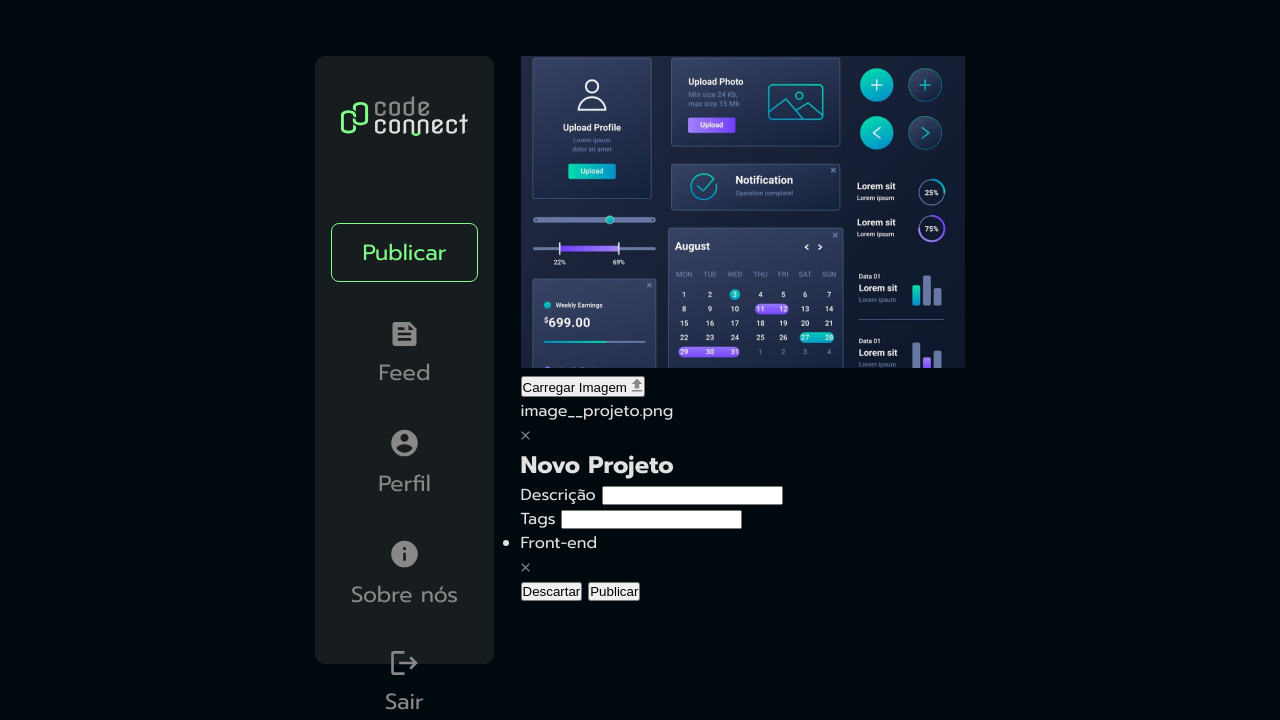
Repository: joaoPraiaJunior/async_await
Page: index.html
An editor plug-in stored every save of this project. The page is shown before and after the next save, followed by the edit.
The browser window is 1280 px wide. The pictures show the whole page.

Above is the page before, as saved 2024-08-24 19:07:43.

After the next save:
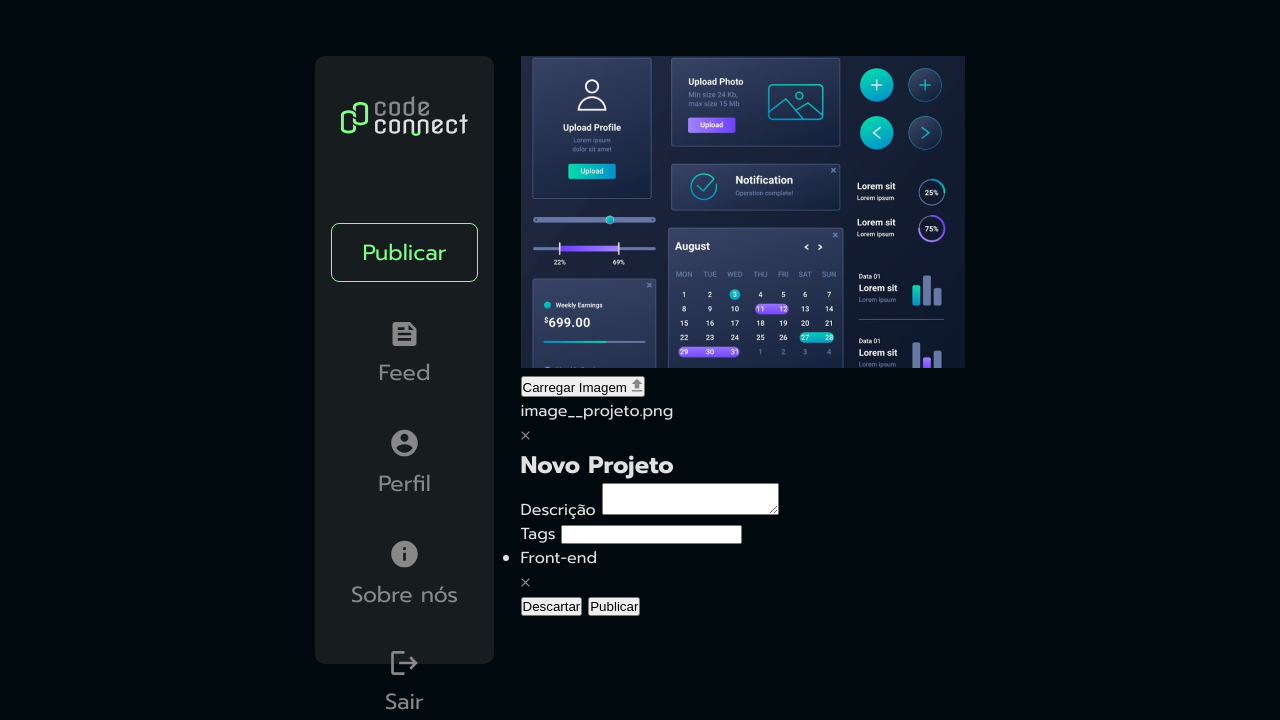
Saved 87 s later.
--- a/index.html
+++ b/index.html
@@ -46,7 +46,8 @@
             <form class="c-formulario__acoes">
                 <div class="c-formulario__grupo">
                     <label for="Descricao">Descrição</label>
-                    <input type="text" name="descricao" id="descricao">
+                    <textarea name="descricao" id="descricao">
+                    </textarea>
                 </div>
 
                 <div class="c-formulario__grupo">
